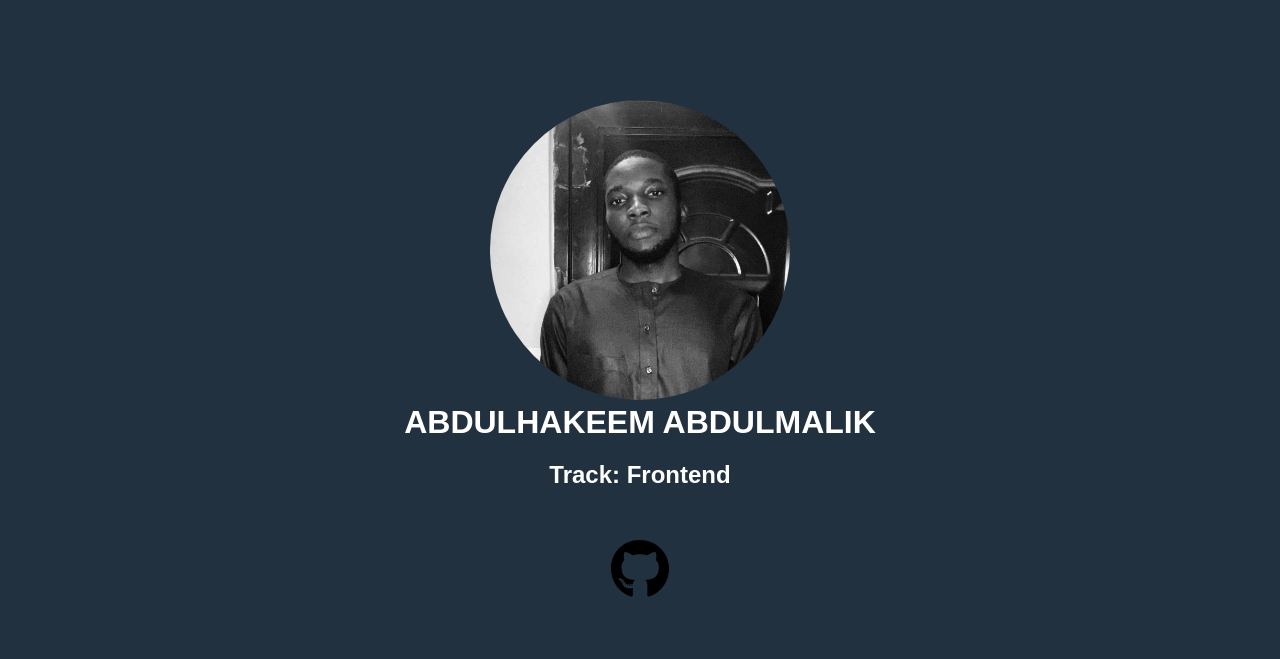
Repository: malikhakeem/HNG-TASK
Page: HNG-TASK1.html
An editor plug-in stored every save of this project. The page is shown before and after the next save, followed by the edit.
The browser window is 1280 px wide. The pictures show the whole page.

Above is the page before, as saved 2023-09-08 22:51:36.

### HNG-TASK1.html
<!DOCTYPE html>
<html lang="en">

<head>
    <meta charset="UTF-8">
    <meta name="viewport" content="width=device-width, initial-scale=1.0">
    <link rel="stylesheet" href="./HNG-TASK!.css">

    <title>HNG</title>
    <script src="./HNG-TASK.js"></script>
</head>

<body>


    <div class="body">
        <div class="nav">
            <div class="nav-left"><img data-testId="slackDisplayImage" class="profile-pic" src="./pic/kim.jpg"
                    alt="Malik" /></div>
            <div class="nav-mid">
                <div class="slack-name">
                    <h1>ABDULHAKEEM ABDULMALIK</h1>
                </div>
                <div class="track">
                    <h2 data-testId="myTrack">Track: Frontend</h2>
                </div>
            </div>
            <div class="nav-right">
                <a data-testId="githubURL" href="link address"><img src="./pic//github.svg" width="60" height="60"></a>
            </div>


        </div>

    </div>

</body>

</html>

### HNG-TASK!.css
*{
    padding:0px;
    margin:0px;

}

.profile-pic{
    width:300px;
    height:300px;
    border-radius: 50%;
}
.nav{
    /* display:flex;

    justify-content: space-between;
    padding: 150px 100px 0px 100px; */
}

.nav-right{
   padding-top: 50px;
}

.body{
    display: flex;
    display: block;
    text-align: center;
}
.track{
    padding-top: 20px;
}

body{
    padding:100px 0px 0px 0px;
    color:white;
    display:flex;
 justify-content: center;
   font-family: sans-serif;
 background: #22313f;
}

### HNG-TASK.js
// // const now = new Date();

// // const year = now.getUTCFullYear();


// const now = new Date();
// const day = now.getDay(); // returns a number representing the day of the week, starting with 0 for Sunday
// const hours = now.getHours();
// const minutes = now.getMinutes();
// console.log(`Today is day ${day} and the time is ${hours}:${minutes}.`);



    let currentTime = new Date();
    let currentTimeMillis = currentTime.getTime();
    let currentUTCTime = currentTime.toUTCString();

    console.log("Current time in milliseconds: " + currentTimeMillis);
    console.log("Current time in UTC: " + currentUTCTime);


//  setInterval(updateTime, 1000); // Run updateTime() every second

After the next save:
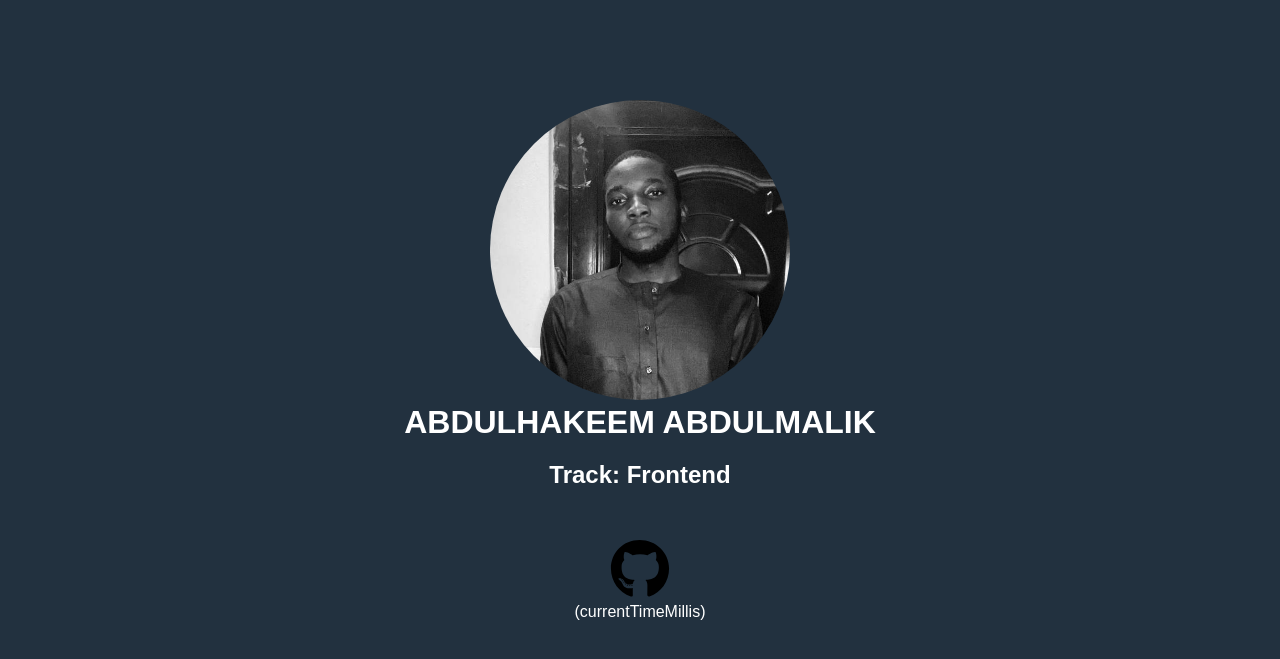
Saved 21 s later.
--- a/HNG-TASK1.html
+++ b/HNG-TASK1.html
@@ -32,6 +32,10 @@
 
         </div>
 
+        <div class="f">
+            (currentTimeMillis)
+        </div>
+
     </div>
 
 </body>

After the save that followed:
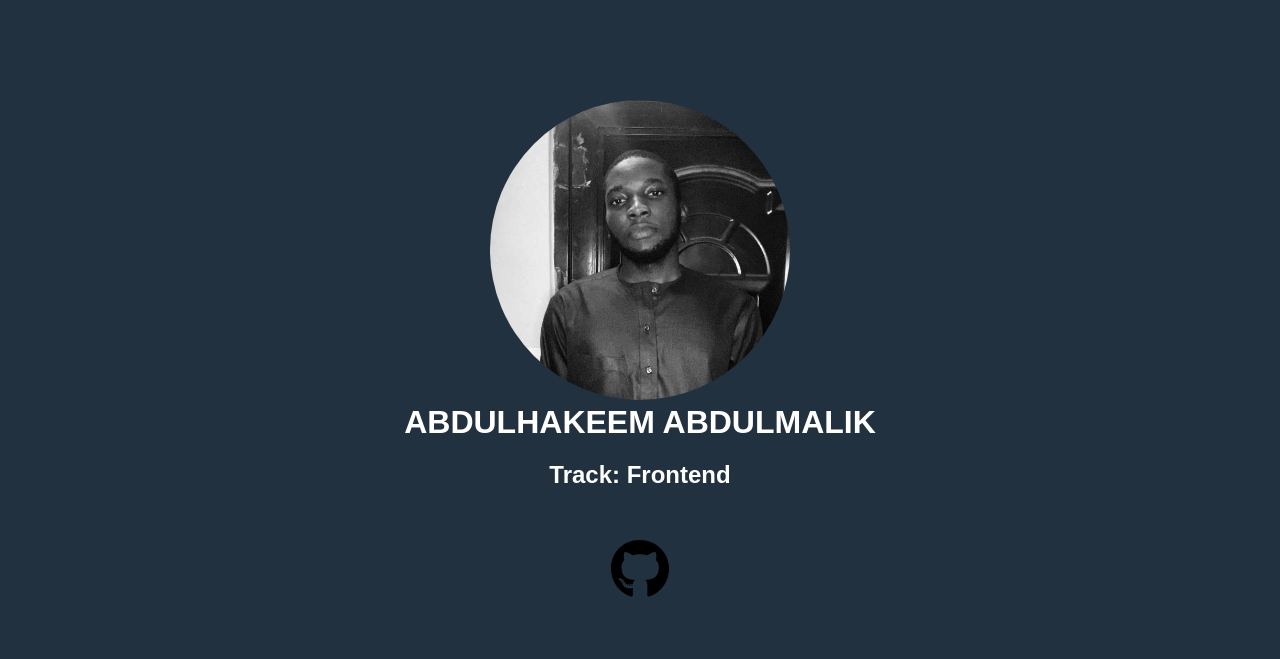
Saved 25 s later.
--- a/HNG-TASK1.html
+++ b/HNG-TASK1.html
@@ -33,7 +33,7 @@
         </div>
 
         <div class="f">
-            (currentTimeMillis)
+            <script>(currentTimeMillis)</script>
         </div>
 
     </div>
